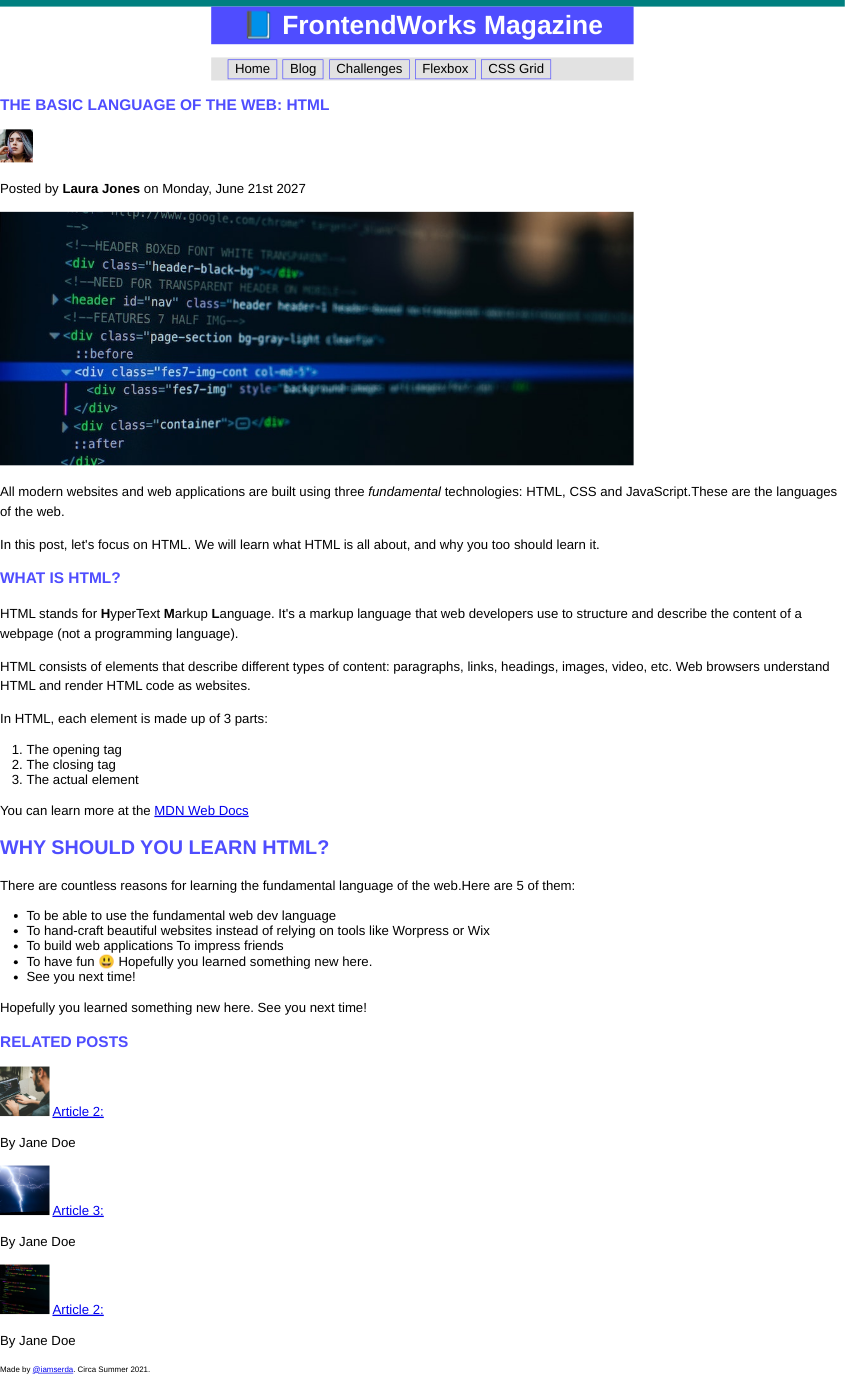
Repository: iamserda/html-css-course
Page: starter/02-HTML-Fundamentals/index.html
These files come from the project's save history. The page is drawn as it stood at one moment and after the next save; the edit follows.
The browser window is 1280 px wide. The pictures show the whole page, at 66% of full size.

Above is the page before, as saved 2021-07-17 17:13:38.

### starter/02-HTML-Fundamentals/index.html
<!DOCTYPE html>
<html lang="en">

<head>
    <meta charset="UTF-8" />
    <meta http-equiv="X-UA-Compatible" content="IE=edge" />
    <meta name="viewport" content="width=device-width, initial-scale=1.0" />
    <title>HTML Fundamentals by Laura Jones</title>
    <link href="index.css" rel="stylesheet" />
</head>

<body>
    <header>
        <h1 class="brandname">📘 FrontendWorks Magazine</h1>
        <nav>
            <ul>
                <li><a href="index.html">Home</a></li>
                <li><a href="blog/">Blog</a></li>
                <li><a href="challenges/">Challenges</a></li>
                <li><a href="https://css-tricks.com/snippets/css/a-guide-to-flexbox/" target="_blank">Flexbox</a></li>
                <li><a href="https://css-tricks.com/snippets/css/complete-guide-grid/" target="_blank">CSS Grid</a></li>
            </ul>
        </nav>
    </header>
    <main>
        <section>
            <article>
                <header class="article-meta">
                    <h1 class="post-title">The Basic Language of the Web: HTML</h1>
                    <img class="author-pic" src="img/laura-jones.jpg" alt="photo of author laura jones" />
                    <p>Posted by <strong>Laura Jones</strong> on Monday, June 21st 2027</p>
                </header>
                <div class="article-content">
                    <img class="post-image" src="img/post-img.jpg" alt="displaying html code." />
                    <p> All modern websites and web applications are built using three
                        <em>fundamental</em> technologies: HTML, CSS and JavaScript.These are the languages of the web.
                    </p>
                    <p>
                        In this post, let's focus on HTML. We will learn what HTML is all about, and why you too should
                        learn it.
                    </p>

                    <h3>What is HTML?</h3>

                    <p>
                        HTML stands for <b>H</b>yperText <b>M</b>arkup <b>L</b>anguage. It's a markup language that web
                        developers use to structure and describe the content of a webpage (not a programming language).
                    </p>

                    <p>
                        HTML consists of elements that describe different types of content: paragraphs, links, headings,
                        images, video, etc. Web browsers understand HTML and render HTML code as websites.
                    </p>

                    <p>In HTML, each element is made up of 3 parts:</p>
                    <ol>
                        <li>The opening tag</li>
                        <li>The closing tag</li>
                        <li>The actual element</li>
                    </ol>
                    <p>
                        You can learn more at the
                        <a href="https://developer.mozilla.org/en-US/" target="_blank">MDN Web Docs</a>
                    </p>
                    <h2>Why should you learn HTML?</h2>
                    <p>There are countless reasons for learning the fundamental language of the web.Here are 5 of them:
                    </p>
                    <ul>
                        <li>To be able to use the fundamental web dev language</li>
                        <li>To hand-craft beautiful websites instead of relying on tools like Worpress or Wix</li>
                        <li>To build web applications To impress friends</li>
                        <li>To have fun 😃 Hopefully you learned something new here.</li>
                        <li>See you next time!</li>
                    </ul>
                    <p>Hopefully you learned something new here. See you next time!</p>
                </div>
            </article>
        </section>
        <aside>
            <h3>Related Posts</h3>
            <div class="related">
                <img src="img/related-1.jpg" alt="a programmer writing code.">
                <a href="#article2">Article 2:</a>
                <p>By Jane Doe</p>
            </div>
            <div class="related">
                <img src="img/related-2.jpg" alt="a programmer writing code.">
                <a href="#article3">Article 3:</a>
                <p>By Jane Doe</p>
            </div>
            <div class="related">
                <img src="img/related-3.jpg" alt="a programmer writing code.">
                <a href="#article4">Article 2:</a>
                <p>By Jane Doe</p>
            </div>
        </aside>
    </main>
    <footer>
        <p>Made by <a href="https://twitter.com/iamserda">@iamserda</a>. Circa Summer 2021.</p>
    </footer>
</body>

</html>

### starter/02-HTML-Fundamentals/index.css
* {
    box-sizing: border-box;
}

html {
    font-size: 16px;
}

html,
body {
    margin: 0;
    padding: 0;
}

body {
    font-family: Helvetica, Arial, sans-serif;
    font-size: 1.25rem;
}

body>header {
    border-top: 10px solid teal;
}

h1,
h2,
h3,
h4,
h5,
h6 {
    color: rgb(79, 77, 255);
    text-transform: uppercase;
}

.brandname {
    width: 50%;
    margin: 0 auto;
    font-size: 2.5rem;
    text-transform: capitalize;
    text-align: center;
    color: white;
    background-color: rgb(79, 77, 255);
    padding: 0.125em 0;
}

p {
    line-height: 1.5;
}

nav {
    margin-top: 0;
    background-color: rgb(226, 226, 226);
    width: 50%;
    margin-left: auto;
    margin-right: auto;

}

nav ul {
    padding: 0.125em;
    margin: 1em;
}

nav li {
    list-style: none;
    border: 1px solid rgb(79, 77, 255);
    padding: 0.125em 0.5em;
    margin-left: 0.125em;
    display: inline-block;
}

nav a {
    display: block;
    text-decoration: none;
    color: inherit;
    width: 100%;
    height: auto;
}

nav li:hover {
    background-color: rgb(79, 77, 255);

}

nav li:hover a {
    color: white;
}

.related img {
    width: 100%;
    max-width: 75px;
}

.post-title {
    color: rgb(79, 77, 255);
}

.post-image {
    width: 100%;
    max-width: 960px;
    height: auto;
}

.author-pic {
    width: 100%;
    max-width: 50px;
    height: auto;
}

footer p {
    font-size: 0.75rem;
}

After the next save:
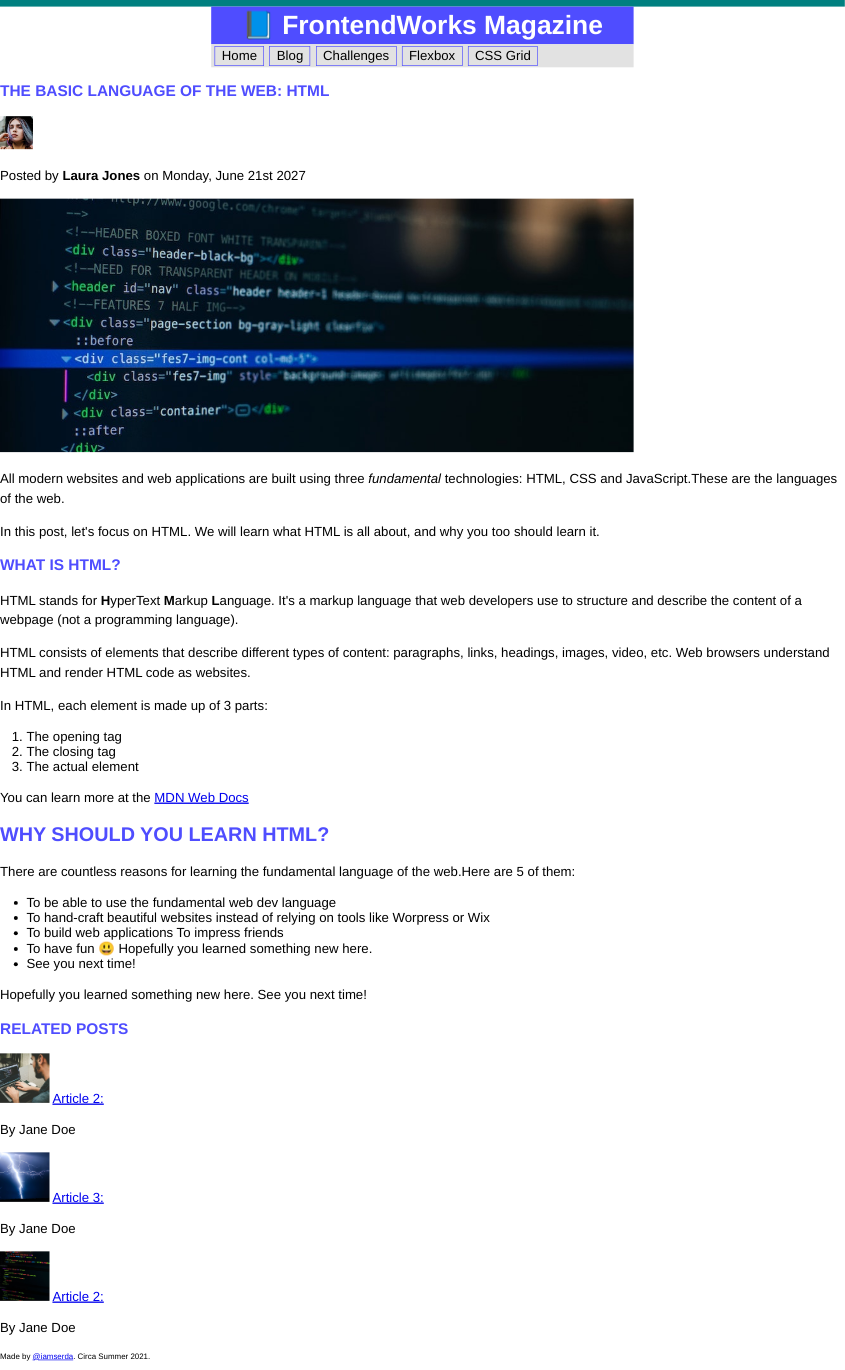
Saved 11 s later.
--- a/starter/02-HTML-Fundamentals/index.css
+++ b/starter/02-HTML-Fundamentals/index.css
@@ -57,7 +57,7 @@ nav {
 
 nav ul {
     padding: 0.125em;
-    margin: 1em;
+    margin: 0 auto;
 }
 
 nav li {
